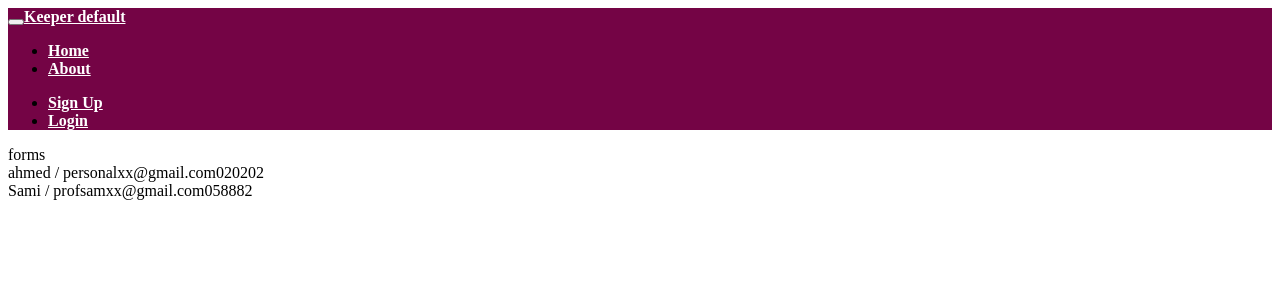
Repository: 3bdulrahman/contact-keeper
Page: / (app in client/)
These files come from the project's save history. The page is drawn as it stood at one moment and after the next save; the edit follows.
The browser window is 1280 px wide. The pictures show the whole page.
The project was rebuilt for these pictures with package versions that can differ from the ones it lists, and the page was loaded fresh each time. A package was used in the major version that the imports need, not the one package.json lists. Also part of the build but not shown: client/src/components/pages/About.js.

Above is the page before, as saved 2020-04-04 20:55:23.

### client/src/App.js
import React,{Fragment} from 'react';
import { BrowserRouter as Router , Route , Switch } from 'react-router-dom'
import Navbar from './components/layout/Navbar'
import Home from './components/pages/Home'
import About from './components/pages/About'
import ContactState  from './context/contact/ContactState'
import './App.css'
const  App = ()=> {
   return (
    <ContactState>
    <Router>
    <Fragment>
         <Navbar   />
         <div className='container'>
             <Switch>
               <Route exact path='/' component={Home} />
               <Route exact path='/about' component={About} />
             </Switch>
         </div>
    </Fragment>
    </Router>
    </ContactState>
  );
}

export default App;

### client/src/components/layout/Navbar.js
import React from 'react'
import {Link} from 'react-router-dom'
import PropTypes from 'prop-types'

 const Navbar = ({title}) => {
    return (
        <nav class="navbar navbar-default">
        <div class="navbar-header">
      <button type="button" class="navbar-toggle" data-toggle="collapse" data-target="#myNavbar">
        <span class="icon-bar"></span>
        <span class="icon-bar"></span>
        <span class="icon-bar"></span>
      </button>
      <a class="navbar-brand" href="#">{title}</a>
    </div>
        <div class="container" id="myNavbar">

          <ul class="nav navbar-nav">
            <li class="active"><Link to="/">Home</Link></li>
            <li><Link to="/about">About</Link></li>

          </ul>
          <ul class="nav navbar-nav navbar-right">
      <li><a href="#"><span class="glyphicon glyphicon-user"></span> Sign Up</a></li>
      <li><a href="#"><span class="glyphicon glyphicon-log-in"></span> Login</a></li>
    </ul>
        </div>
      </nav>
    )
}

Navbar.propTypes= {
     title:PropTypes.string.isRequired
}
Navbar.defaultProps = {
     title:'Keeper default '
}

export default Navbar

### client/src/components/pages/Home.js
import React from 'react'
import Contacts from '../contacts/contacts'
 const Home = () => {
    return (
        <div className="row">
            <div className="col-md-6 col-lg-6">forms</div>
             <div className="col-md-6 col-lg-6"><Contacts /></div>
        </div>
    )
}

export default Home

### client/src/context/contact/ContactState.js
import React,{useReducer} from 'react'
import uuid from 'uuid'
import contactContext from './ContactContext'
import { UPDATE_CONTACT,CLEAR_CURRENT,DELETE_CONTACT,SET_CURRENT,ADD_CONTACT,SET_ALERT,REMOVE_ALERT,
    FILTER_CONTACTS,CLEAR_FILTER} from '../type'
import contactReducer from '../contact/ContactReducer'
const ContactState = props=>{
       const contactInit = {
             contacts:[
                   {id:1,name:"ahmed",email:"xx@gmail.com",phone:"020202",type:"personal"},
                   {id:2,name:"Sami",email:"samxx@gmail.com",phone:"058882",type:"prof"}
             ]
       };
       const [state,dispatch] = useReducer(contactReducer,contactInit)
       //add contact
       return(
            <contactContext.Provider value={{
                contacts:state.contacts
            }}>
                {props.children}
            </contactContext.Provider>
       )
}

export default ContactState

### client/src/App.css
.navbar-default{
     background-color:rgb(116, 4, 69);
     border:0px;
     border-radius: 0px;
}
.navbar-default .navbar-nav>.active>a, .navbar-default .navbar-nav>.active>a:focus, .navbar-default .navbar-nav>.active>a:hover{
    background-color:rgb(116, 4, 69);
}

.navbar-nav>.active>a{
     color:#fff;
     font-weight: bold;
     background-color:rgb(116, 4, 69);
}

.navbar-default .navbar-nav>li>a{
    color:#fff;
     font-weight: bold;
}

.navbar-default .navbar-brand{
    background-color:rgb(116, 4, 69);;
    color:#fff;
    font-weight: bold;
}

.navbar-default .navbar-nav>.active>a{
    background-color:rgb(116, 4, 69);;
    color:#fff;
    font-weight: bold;
}

### client/src/components/contacts/contacts.js
import React,{useContext,Fragment} from 'react'
import ContactContext from '../../context/contact/ContactContext'
import ContactsItem from './contactsItem'
 const Contacts = () => {
    const contextContact = useContext(ContactContext)
    const {contacts} = contextContact
    return (
        <Fragment>
            {contacts.map(contact=> <ContactsItem key={contact.id} contact={contact} /> )}
        </Fragment>
    )
}
export default Contacts

### client/src/context/contact/ContactContext.js
import {createContext} from 'react'
const contactContext = createContext()
export default contactContext

### client/src/context/type.js
export const ADD_CONTACT="ADD_CONTACT"
export const DELETE_CONTACT="DELETE_CONTACT"
export const UPDATE_CONTACT="UPDATE_CONTACT"
export const FILTER_CONTACTS="FILTER_CONTACTS"
export const CLEAR_FILTER="CLEAR_FILTER"
export const SET_CURRENT="SET_CURRENT"
export const CLEAR_CURRENT="CLEAR_CURRENT"
export const SET_ALERT="SET_ALERT"
export const REMOVE_ALERT="REMOVE_ALERT"

### client/src/context/contact/ContactReducer.js
import { UPDATE_CONTACT,CLEAR_CURRENT,DELETE_CONTACT,SET_CURRENT,ADD_CONTACT,SET_ALERT,REMOVE_ALERT,
    FILTER_CONTACTS,CLEAR_FILTER} from '../type'

export default (state,action)=>{
      switch(action.type){
           default:
               return state
      }
}

### client/src/components/contacts/contactsItem.js
import React from 'react'

 const ContactsItem = ({contact}) => {
    const {id,name,email,phone,type} = contact
    return (
        <div className="card">

              <div className="card-body">
              {name} / <span className={'badge ' + (type==='personal'?'badge-primary':'badge-danger')}>{type}</span>
              {email&& <span className="badge badge-success">{email}</span>}
              {phone&& <span className="badge badge-warring">{phone}</span>}
              </div>
        </div>
    )
}
export default ContactsItem

Loaded but not shown: client/src/index.js (common file)

After the next save:
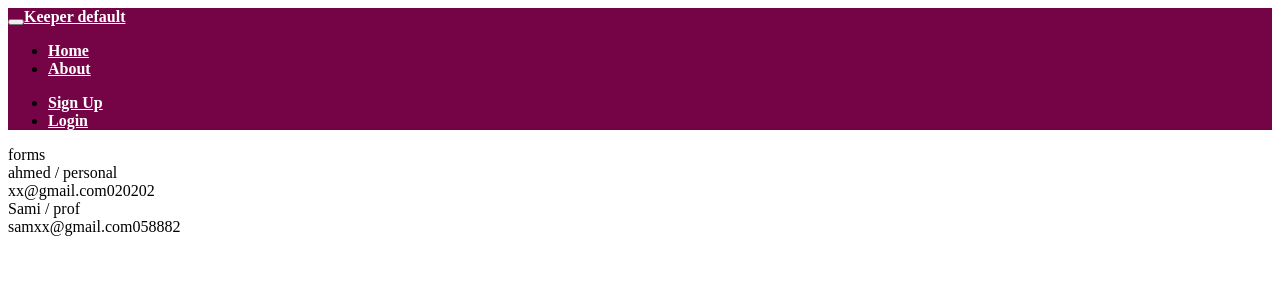
Saved 51 s later.
--- a/client/src/components/contacts/contactsItem.js
+++ b/client/src/components/contacts/contactsItem.js
@@ -7,8 +7,10 @@ import React from 'react'
 
               <div className="card-body">
               {name} / <span className={'badge ' + (type==='personal'?'badge-primary':'badge-danger')}>{type}</span>
+              <div className="card-header">
               {email&& <span className="badge badge-success">{email}</span>}
-              {phone&& <span className="badge badge-warring">{phone}</span>}
+              {phone&& <span className="badge badge-waring">{phone}</span>}
+              </div>
               </div>
         </div>
     )
